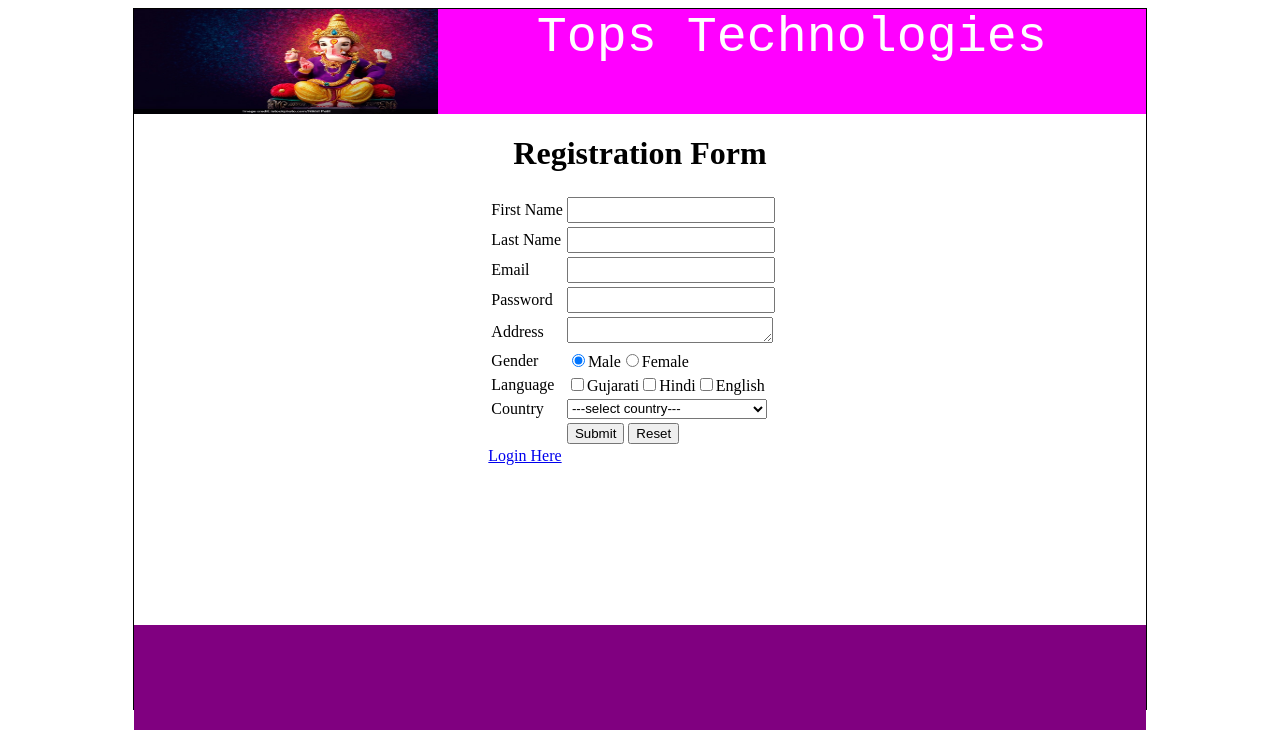
Repository: Laxman877/MyWorkspace
Page: Corejava/Learning_Web/src/main/webapp/division.html
An editor plug-in stored every save of this project. The page is shown before and after the next save, followed by the edit.
The browser window is 1280 px wide. The pictures show the whole page.

Above is the page before, as saved 2022-04-27 05:43:48.

After the next save:
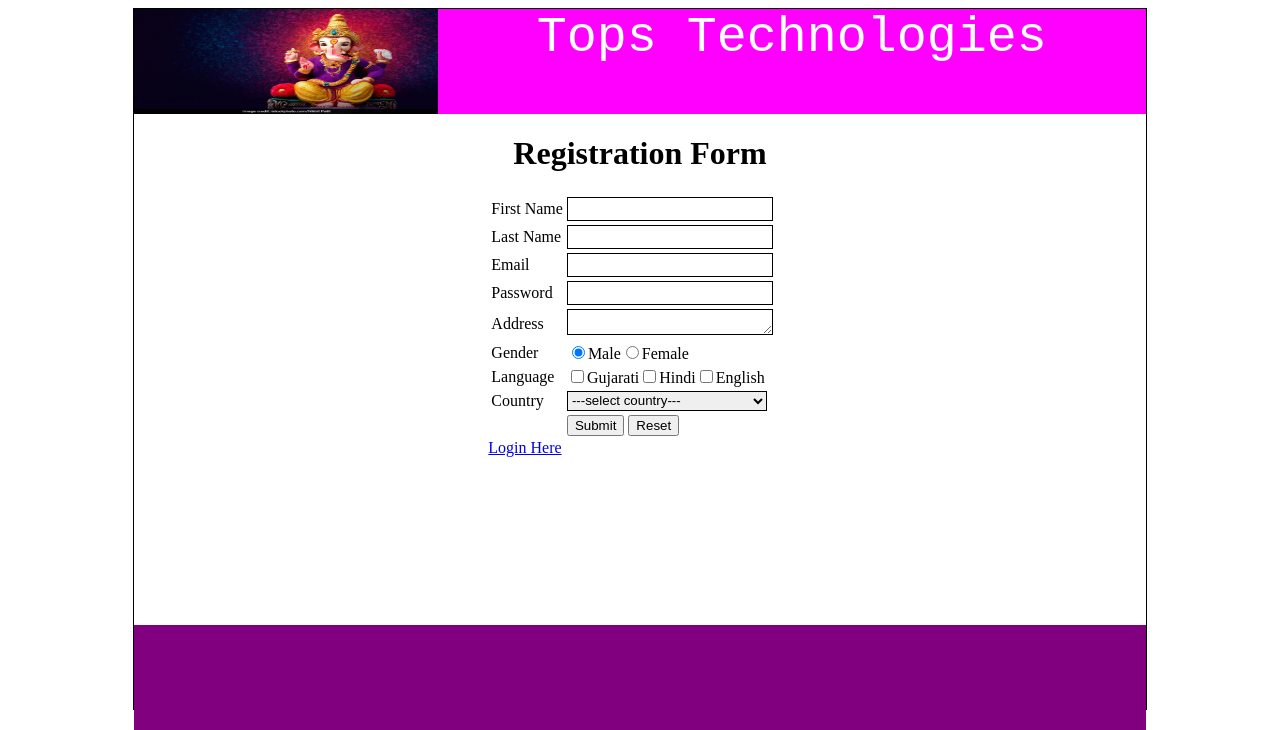
Saved 37 s later.
--- a/Corejava/Learning_Web/src/main/webapp/css/style1.css
+++ b/Corejava/Learning_Web/src/main/webapp/css/style1.css
@@ -48,4 +48,6 @@ form
 {
 	width: 200px;
 	height: 20px;
+	border: 1px solid black;
+
 }
